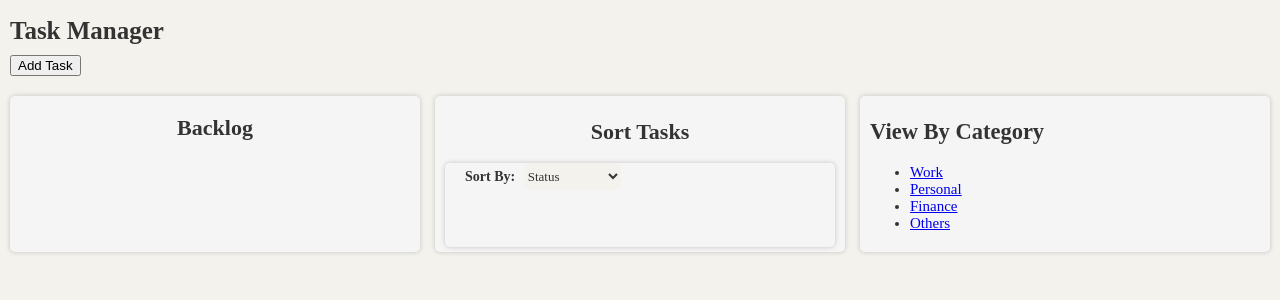
Repository: n-shen/task-tracker
Page: / (app in frontend/)
The author's editor kept a copy of each file at every save. The page is drawn from the files as they stood at one save, then again after the next save.
The browser window is 1280 px wide. The pictures show the whole page.
The project was rebuilt for these pictures with package versions that can differ from the ones it lists, and the page was loaded fresh each time. Also part of the build but not shown: frontend/src/components/taskManager/addTask.jsx, frontend/src/components/tasks/task.jsx, frontend/src/components/taskManager/categoryTasks.jsx. Imported but missing from the stored project, and not drawn on this page: frontend/src/reportWebVitals.

Above is the page before, as saved 2023-04-20 14:29:42.

### frontend/public/index.html
<!DOCTYPE html>
<html lang="en">
  <head>
    <meta charset="utf-8" />
    <link rel="icon" href="%PUBLIC_URL%/favicon.ico" />
    <meta name="viewport" content="width=device-width, initial-scale=1" />
    <meta name="theme-color" content="#000000" />
    <meta
      name="description"
      content="Web site created using create-react-app"
    />
    <link rel="apple-touch-icon" href="%PUBLIC_URL%/logo192.png" />
    <!--
      manifest.json provides metadata used when your web app is installed on a
      user's mobile device or desktop. See https://developers.google.com/web/fundamentals/web-app-manifest/
    -->
    <link rel="manifest" href="%PUBLIC_URL%/manifest.json" />
    <!--
      Notice the use of %PUBLIC_URL% in the tags above.
      It will be replaced with the URL of the `public` folder during the build.
      Only files inside the `public` folder can be referenced from the HTML.

      Unlike "/favicon.ico" or "favicon.ico", "%PUBLIC_URL%/favicon.ico" will
      work correctly both with client-side routing and a non-root public URL.
      Learn how to configure a non-root public URL by running `npm run build`.
    -->
    <title>Task Tracker App</title>
  </head>
  <body>
    <noscript>You need to enable JavaScript to run this app.</noscript>
    <div id="root"></div>
    <!--
      This HTML file is a template.
      If you open it directly in the browser, you will see an empty page.

      You can add webfonts, meta tags, or analytics to this file.
      The build step will place the bundled scripts into the <body> tag.

      To begin the development, run `npm start` or `yarn start`.
      To create a production bundle, use `npm run build` or `yarn build`.
    -->
  </body>
</html>

### frontend/src/index.js
import React from "react";
import ReactDOM from "react-dom/client";
import "./styles/index.css";
import App from "./App";
import reportWebVitals from "./reportWebVitals";
import { BrowserRouter } from "react-router-dom";

const root = ReactDOM.createRoot(document.getElementById("root"));
root.render(
  <React.StrictMode>
    <BrowserRouter>
      <App />
    </BrowserRouter>
  </React.StrictMode>
);

// If you want to start measuring performance in your app, pass a function
// to log results (for example: reportWebVitals(console.log))
// or send to an analytics endpoint. Learn more: https://bit.ly/CRA-vitals
reportWebVitals();

### frontend/src/styles/index.css
body {
  margin: 0;
  font-family: -apple-system, BlinkMacSystemFont, 'Segoe UI', 'Roboto', 'Oxygen',
    'Ubuntu', 'Cantarell', 'Fira Sans', 'Droid Sans', 'Helvetica Neue',
    sans-serif;
  -webkit-font-smoothing: antialiased;
  -moz-osx-font-smoothing: grayscale;
  background-color: #f2f5f5;
}

code {
  font-family: source-code-pro, Menlo, Monaco, Consolas, 'Courier New',
    monospace;
}

html {
  font-size: 62.5%;
}

### frontend/src/App.js
import React from "react";
import TaskManager from "./components/taskManager/manager";


function App() {
  return (
    <div className="App">
      <TaskManager />
    </div>
  );
}

export default App;

### frontend/src/components/taskManager/manager.jsx
import React, { useState, useEffect } from "react";
import AddTaskForm from "./addTask";
import TaskList from "../tasks/taskLists";
import SortTasks from "./sortTasks";
import ViewByCategory from "./viewByCategory";
import CategoryTask from "./categoryTasks";
import { Routes, Route } from "react-router-dom";
import "../../styles/manager.css";

const TaskManager = () => {
  const [tasks, setTasks] = useState(
    JSON.parse(localStorage.getItem("tasks")) || []
  );
  const [showAddTask, setShowAddTask] = useState(false);

  useEffect(() => {
    localStorage.setItem("tasks", JSON.stringify(tasks));
  }, [tasks]);

  const handleAddTask = (task) => {
    setTasks([...tasks, task]);
    setShowAddTask(false);
  };

  const handleShowAddTask = () => {
    setShowAddTask(true);
  };

  const handleHideAddTask = () => {
    setShowAddTask(false);
  };

  const handleDeleteTask = (index) => {
    const newTasks = [...tasks];
    newTasks.splice(index, 1);
    setTasks(newTasks);
  };

  const handleEditTask = (index, newTask) => {
    const newTasks = [...tasks];
    newTasks[index] = newTask;
    setTasks(newTasks);
  };

  return (
    <div className="taskManager">
      <div className="taskManager--wrapper">
        <h1 className="taskManager--title">Task Manager</h1>
          <div className="taskManager--addTask">
            <div className="taskManager--addTask__btn">
              <button onClick={handleShowAddTask} className="addTask-btn">
                Add Task
              </button>
            </div>
            <div className="taskManager--addTask__container">
              {showAddTask && (
                <AddTaskForm
                  onAdd={handleAddTask}
                  onHideAddTask={handleHideAddTask}
                />
              )}
            </div>
          </div>
          <div className="taskManager--grid">
          <div className="taskManager--taskList">
            <TaskList
              tasks={tasks}
              onDelete={handleDeleteTask}
              onEdit={handleEditTask}
            />
          </div>
          <div className="taskManager--sort">
            <SortTasks tasks={tasks} />
          </div>
          <div className="taskManager--view">
            <Routes>
              <Route path="/" element={<ViewByCategory tasks={tasks} />} />
              <Route
                path="/category/:category"
                element={<CategoryTask tasks={tasks} />}
              />
            </Routes>
          </div>
        </div>
      </div>
    </div>
  );
};

export default TaskManager;

### frontend/src/components/tasks/taskLists.jsx

import React from "react";
import Task from "./task";
import "../../styles/taskList.css";

const TaskList = ({ tasks, onDelete, onEdit }) => {
  return (
    <div className="taskList">
      <h1 className="taskList--head">Backlog</h1>
      {tasks.map((task, index) => (
        <Task
          key={index}
          index={index}
          task={task}
          onDelete={onDelete}
          onEdit={onEdit}
        />
      ))}
    </div>
  );
};

export default TaskList;

### frontend/src/components/taskManager/sortTasks.jsx
import { React, useState } from "react";
import "../../styles/sortTasks.css";

const SortTask = ({ tasks }) => {
  const [sortBy, setSortBy] = useState("status");

  const sortedTasks =
    tasks?.slice().sort((a, b) => {
      switch (sortBy) {
        case "title":
          return a.title.localeCompare(b.title);
        case "status":
          return a.status.localeCompare(b.status);
        case "dateAdded":
          return new Date(a.dateAdded) - new Date(b.dateAdded);
        case "dueDate":
          return new Date(a.dueDate) - new Date(b.dueDate);
        case "category":
          return a.category.localeCompare(b.category);
        default:
          return 0;
      }
    }) || [];

  const handleSortBy = (e) => {
    setSortBy(e.target.value);
  };

  return (
    <div className="sort">
      <h2 className="sort--head">Sort Tasks</h2>
      <div className="sort--wrapper">
        <div className="sort--select">
          <label htmlFor="sort" className="sort--label">
            Sort By:{" "}
          </label>
          <select name="sort" value={sortBy} onChange={handleSortBy}>
            <option value="title" className="sort--option">
              Title
            </option>
            <option value="status" className="sort--option">
              Status
            </option>
            <option value="dateAdded" className="sort--option">
              Date Added
            </option>
            <option value="dueDate" className="sort--option">
              Due Date
            </option>
          </select>
        </div>
        <div>
          <ul className="sort--lists">
            {sortedTasks.map((task, index) => (
              <li key={index} className="sort--list">
                <p className="sort--list__item"><strong>Title: </strong>{task.title}</p>
                <p className="sort--list__item"><strong>Description: </strong>{task.description}</p>
                <p className="sort--list__item"><strong>Status: </strong>Status: {task.status}</p>
                <p className="sort--list__item"><strong>Date Added: </strong>Date Added: {task.dateAdded}</p>
                <p className="sort--list__item"><strong>Due date: </strong>Due Date: {task.dueDate}</p>
                <p className="sort--list__item"><strong>Category: </strong>Category: {task.category}</p>
              </li>
            ))}
          </ul>
        </div>
      </div>
    </div>
  );
};

export default SortTask;

### frontend/src/components/taskManager/viewByCategory.jsx
import React from "react";
import { Link, useParams } from "react-router-dom";

const ViewByCategory = ({ tasks }) => {
  const categories = ["Work", "Personal", "Finance", "Others"];
  const { category } = useParams();

  const tasksByCategory = (category) => {
    return tasks.filter((task) => task.category === category);
  };

  return (
    <div>
      <h2>View By Category</h2>
      <ul>
        {categories.map((categoryName) => (
          <li key={categoryName}>
            <Link to={`/category/${categoryName}`}>
              {categoryName}
            </Link>
          </li>
        ))}
      </ul>
      {category && (
        <div>
          <h3>{category}</h3>
          <ul>
            {tasksByCategory(category).map((task, index) => (
              <li key={index}>
                <div>Title: {task.title}</div>
                <div>Description: {task.description}</div>
                <div>Status: {task.status}</div>
                <div>Due Date: {task.dueDate}</div>
                <div>Category: {task.category}</div>
              </li>
            ))}
          </ul>
        </div>
      )}
    </div>
  );
};

export default ViewByCategory;

### frontend/src/styles/manager.css
.taskManager {
    background-color: #f3f2ed;
    width: 100%;
    min-height: 100vh;
    display: flex;
    flex-direction: column;
    font-family: 'Fira Sans';
    font-size: 1.5rem;
    font-weight: 400;
    color: #333;
}

.taskManager--wrapper {
    padding: 0 1rem;
}

.taskManager--title {
    font-size: 2.5rem;
    font-weight: 700;
    margin-bottom: 1rem;
}

.taskManager--grid {
    display: grid;
    grid-template-columns: repeat(3, minmax(min-content, 1fr));
    grid-gap: 1.5rem;
    width: 100%;
    padding: 2rem 0;
}

.taskManager--grid > div {
    background-color: 	#F5F5F5;
    border-radius: 0.5rem;
    padding: .5rem 1rem;
    box-shadow: 0 0 0.5rem rgba(0, 0, 0, 0.2);
}

### frontend/src/styles/taskList.css
.taskList {
  display: flex;
  flex-direction: column;
  align-items: flex-start;
  width: 100%;
  height: 100%;
}

.taskList--head {
  align-self: center;
  font-size: 2.2rem;
  font-weight: 700;
}

.task {
  display: flex;
  flex-direction: column;
  align-items: flex-start;
  width: 100%;
  height: 100%;
  margin-bottom: 1rem;
}

.task--wrapper {
  display: flex;
  flex-direction: column;
  align-items: center;
  width: 100%;
  height: 100%;
  border-radius: 0.5rem;
  box-shadow: 0 0 0.5rem rgba(0, 0, 0, 0.2);
}

.task--item {
  display: flex;
  justify-content: center;
  align-items: center;
  width: 70%;
  height: 100%;
  border-bottom: 1px solid #00bfff;
  padding-bottom: 1rem;
  font-size: 1.3rem;
}

strong {
  font-weight: 700;
  margin-right: .5rem;
}

.task--item:last-child {
  border-bottom: none;
}

.task--btns {
  display: flex;
  justify-content: center;
  align-items: center;
  gap: 2rem;
  width: 100%;
  height: 100%;
  padding: 1rem;
}

.task--btn {
  border-radius: 1rem;
  background-color: #00bfff;
  color: #F5F5F5;
  font-size: 1.2rem;
  cursor: pointer;
  padding: 0.5rem 1rem;
  border: none;
  outline: none;
}

.task--btn:hover {
  color: #00bfff;
  background-color: #f3f2ed;
}

### frontend/src/styles/sortTasks.css
.sort {
  display: flex;
  flex-direction: column;
  align-items: flex-start;
  width: 100%;
  height: 100%;
}

.sort--head {
  align-self: center;
  font-size: 2.2rem;
  font-weight: 700;
}

.sort--wrapper {
  display: flex;
  flex-direction: column;
  /* align-items: center; */
  width: 100%;
  height: 100%;
  border-radius: 0.5rem;
  box-shadow: 0 0 0.5rem rgba(0, 0, 0, 0.2);
}

.sort--select {
  width: 100%;
  /* padding: 1rem; */
  margin-left: 2rem;
}

.sort--label {
  font-size: 1.4rem;
  font-weight: 700;
  margin-right: 0.5rem;
}

select {
  width: 25%;
  padding: .5rem 0;
  border: none;
  border-radius: 0.5rem;
  font-size: 1.3rem;
  font-family: "Fira Sans";
  color: #333;
  background-color: #f3f2ed;
}

select:focus {
  outline: none;
}

.sort--option {
  font-size: 1.3rem;
  font-family: "Fira Sans";
  color: #333;
}

.sort--lists {
  display: flex;
  flex-direction: column;
  /* align-items: center; */
  width: 100%;
  height: 100%;
  /* padding: 0 1rem; */
  list-style-type: none;
}

.sort--list {
  display: flex;
  flex-direction: column;
  /* align-items: center; */
  width: 100%;
  height: 100%;
  border-radius: 0.5rem;
  box-shadow: 0 0 0.5rem rgba(0, 0, 0, 0.2);
  margin-bottom: 2rem;
}

.sort--list__item {
  display: flex;
  justify-content: center;
  align-items: center;
  width: 100%;
  height: 100%;
  border-bottom: 1px solid #00bfff;
  padding-bottom: 1rem;
  font-size: 1.3rem;
}

After the next save:
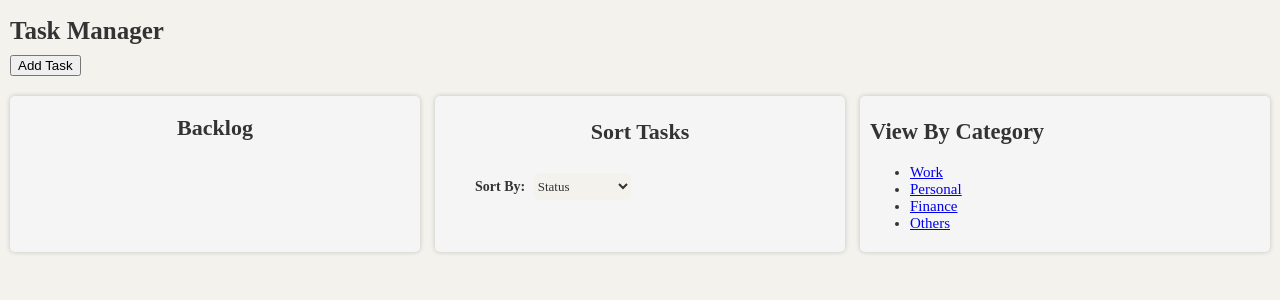
Saved 7 s later.
--- a/frontend/src/styles/sortTasks.css
+++ b/frontend/src/styles/sortTasks.css
@@ -19,12 +19,12 @@
   width: 100%;
   height: 100%;
   border-radius: 0.5rem;
-  box-shadow: 0 0 0.5rem rgba(0, 0, 0, 0.2);
+  /* box-shadow: 0 0 0.5rem rgba(0, 0, 0, 0.2); */
 }
 
 .sort--select {
   width: 100%;
-  /* padding: 1rem; */
+  padding: 1rem;
   margin-left: 2rem;
 }
 
